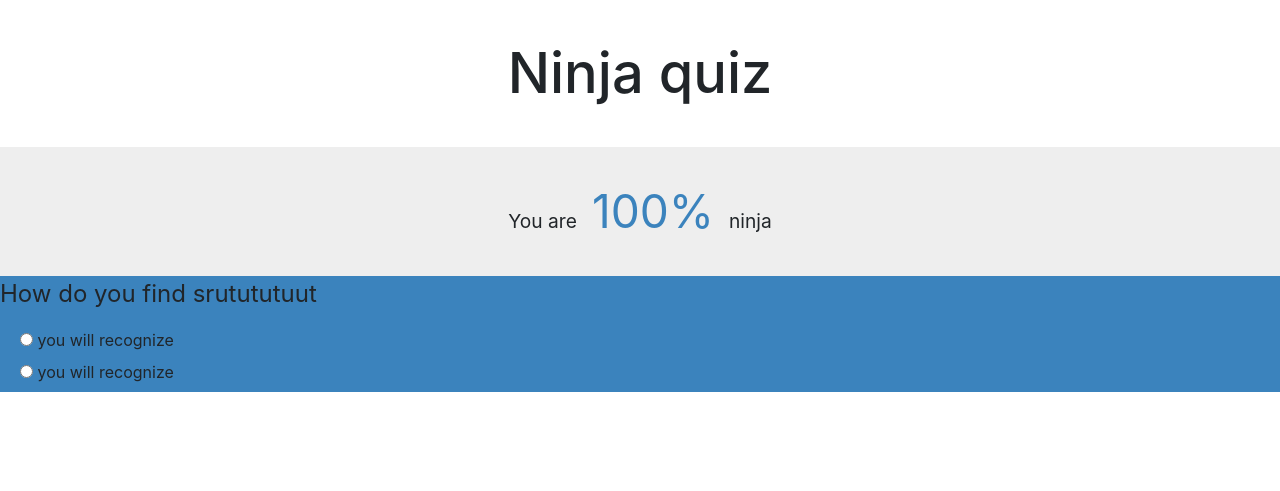
Repository: ajgors/config
Page: Nauka Js/Projekty/Quiz/index.html
These files come from the project's save history. The page is drawn as it stood at one moment and after the next save; the edit follows.
The browser window is 1280 px wide. The pictures show the whole page.

Above is the page before, as saved 2019-08-11 18:31:24.
Console error: TypeError: Cannot read properties of null (reading 'addEventListener')

### Nauka Js/Projekty/Quiz/index.html
<!DOCTYPE html>
<html lang="en">

<head>
    <meta charset="UTF-8">
    <meta name="viewport" content="width=device-width, initial-scale=1.0">
    <meta http-equiv="X-UA-Compatible" content="ie=edge">
    <title>Document</title>
    <link rel="stylesheet" href="https://stackpath.bootstrapcdn.com/bootstrap/4.3.1/css/bootstrap.min.css"
        integrity="sha384-ggOyR0iXCbMQv3Xipma34MD+dH/1fQ784/j6cY/iJTQUOhcWr7x9JvoRxT2MZw1T" crossorigin="anonymous">
        <link rel="stylesheet" href="css.css">
</head>

<body>
    <!-- Header -->
    <!-- <div class="intro py-3 bg-white text-center">
        <div class="container">
            <h2 class="text-primary display-3 my-4">Ninja Quiz</h2>
        </div>
    </div> -->

    <header class="header">
        <h1 class="header__title">Ninja quiz</h1>
    </header>

    <!-- Result -->
    <!-- <div class="result py-4  bg-light text-center">
        <div class="container lead">
            <p>You are <span class="text-primary display-4 p-3">110%</span>Ninja</p>
        </div>
    </div> -->

    <div class="result">
        <p class="result__paragraph">You are<span class="result__span">100%</span>ninja</p>
    </div>

    <!-- Form -->
    <!-- <div class="quiz py-4 bg-primary">
        <div class="container">
            <h2 class="my-5 text-white">On with the question...</h2>
            <form action="" class="quiz-form text-light">
                <div class="my-5">
                    <p class="lead font-weight-normal">1. How do you give a ninja directions</p>
                    <div class="form-check my-2 text-white-50">
                        <input type="radio" name='q1' value='A' checked>
                        <label for="" class="form-check-label">Show them map</label>
                    </div>
                    <div class="form-check my-2 text-white-50">
                        <input type="radio" name='q1' value='B'>
                        <label for="" class="form-check-label">Don't worry a ninja will find you</label>
                    </div>
                </div>
                <div class="my-5">
                    <p class="lead font-weight-normal">2 asdfasdfad fafasfasdfadffasdsf</p>
                    <div class="form-check my-2 text-white-50">
                        <input type="radio" name='q2' value='A' checked>
                        <label for="" class="form-check-label">1.apple</label>
                    </div>
                    <div class="form-check my-2 text-white-50">
                        <input type="radio" name='q2' value='B'>
                        <label for="" class="form-check-label">3.apple</label>
                    </div>
                </div>
                <div class="my-5">
                    <p class="lead font-weight-normal">3. how do you tknow if you met a ninja</p>
                    <div class="form-check my-2 text-white-50">
                        <input type="radio" name='q3' value='A' checked>
                        <label for="" class="form-check-label">youll recognize a outfit</label>
                    </div>
                    <div class="form-check my-2 text-white-50">
                        <input type="radio" name='q3' value='B'>
                        <label for="" class="form-check-label">the grim reaper wil tell you</label>
                    </div>
                </div>
                <div class="my-5">
                    <p class="lead font-weight-normal">4 what is a ninjas favourite array method</p>
                    <div class="form-check my-2 text-white-50">
                        <input type="radio" name='q4' value='A' checked>
                        <label for="" class="form-check-label">forEach()</label>
                    </div>
                    <div class="form-check my-2 text-white-50">
                        <input type="radio" name='q4' value='B'>
                        <label for="" class="form-check-label">slice()</label>
                    </div>
                </div>
                <div class="text-center">
                    <input type="submit" class='btn btn-light'>
                </div>
            </form>
        </div> -->

<div class="quiz">
    <form action="quiz-form">
        <div class="">
            <p class="question">How do you find srutututuut</p>
            <div class="form-check">
                <input type="radio" name="q1" value="A" id="">
                <label for=""> you will recognize </label>
            </div>
            <div class="form-check">
                    <input type="radio" name="q1" value="B" id="">
                    <label for=""> you will recognize </label>
                </div>
        </div>
    </form>
</div>

    </div>

    <script src="js.js"></script>
</body>

</html>

### Nauka Js/Projekty/Quiz/css.css
*{
    margin: 0;
    padding: 0;
}

.header__title{
    text-align: center;
    margin:  40px auto;
    font-size: 3.5em;
}

.result{
    background-color: #eee;
}
.result__paragraph{
    text-align: center;
    padding: 30px;
    margin: 0;
    font-size: 1.2em
}
.result__span{
    font-size: 2.4em;
    padding: 15px;
    color:#3b83bd;
}

.quiz{
    background-color: #3b83bd;
}

.question{
    font-size: 1.5em;
    padding: auto 20px;
}

### Nauka Js/Projekty/Quiz/js.js




const form = document.querySelector('.quiz-form');
const result = document.querySelector('.result');
const correctAnswers = ['B','B','B','B'];
const spanResult = document.querySelector('span');

form.addEventListener('submit', e=>{
    e.preventDefault();

    //check answer
    let score = 0;
    const userAnswers = [form.q1.value, form.q2.value, form.q3.value, form.q4.value];

    userAnswers.forEach((answer, index) =>{
        if(answer === correctAnswers[index]){
            score += 25;
        }
    });

    scrollTo(0,0)
    result.classList.remove('d-none');
    // spanResult.textContent = `${score}%`

    let output = 0;
    const timer = setInterval(()=>{
        spanResult.textContent = `${output}%`
        if(output === score){
            clearInterval(timer);
        } else {
            output++;
        }
    })


})

After the next save:
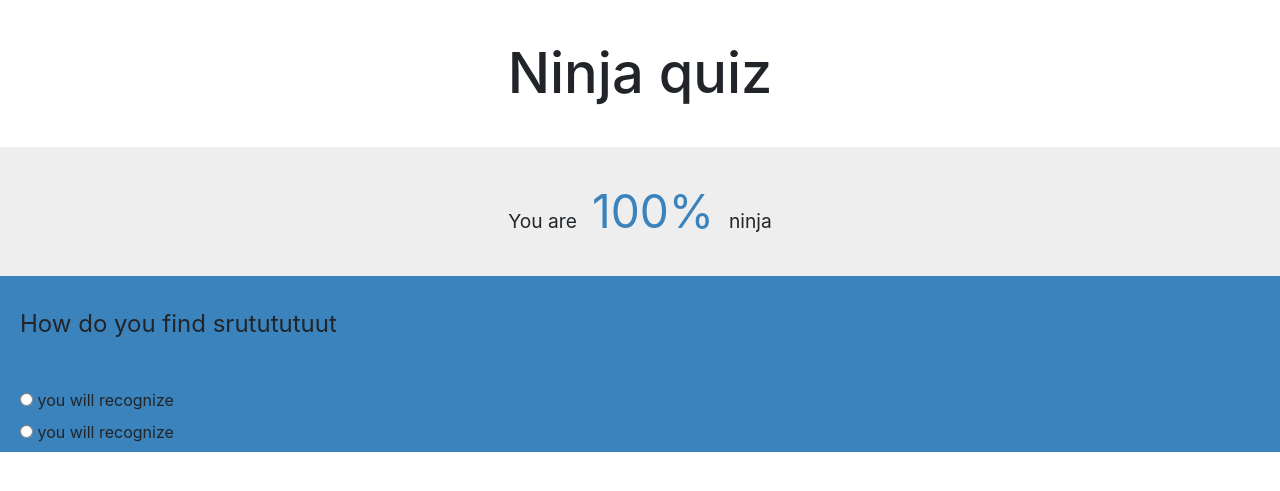
Saved 5 s later.
--- a/Nauka Js/Projekty/Quiz/css.css
+++ b/Nauka Js/Projekty/Quiz/css.css
@@ -30,5 +30,5 @@
 
 .question{
     font-size: 1.5em;
-    padding: auto 20px;
+    padding: 30px 20px;
 }

After the save that followed:
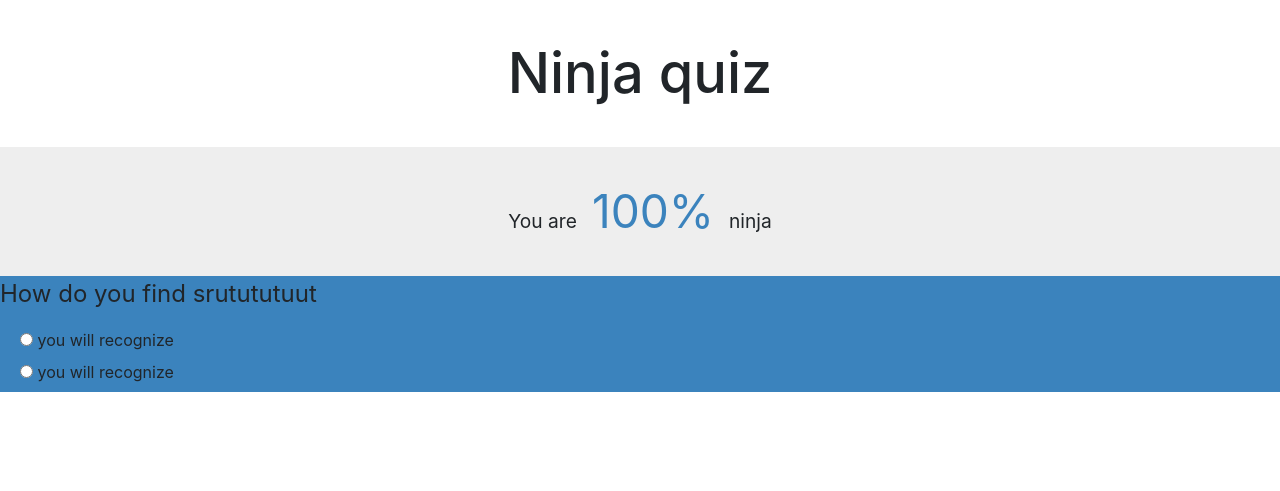
Saved 12 s later.
--- a/Nauka Js/Projekty/Quiz/css.css
+++ b/Nauka Js/Projekty/Quiz/css.css
@@ -30,5 +30,4 @@
 
 .question{
     font-size: 1.5em;
-    padding: 30px 20px;
 }
